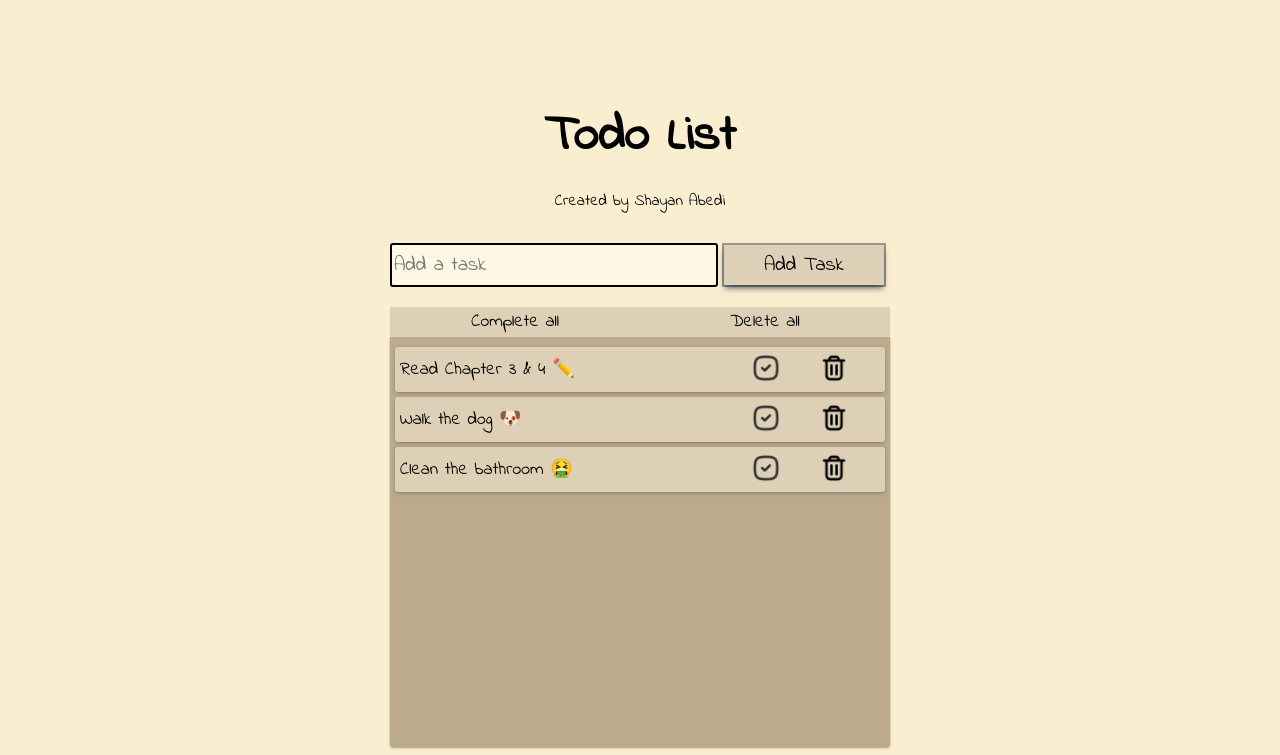
Repository: shayanabedi98/todo-list
Page: /
The author's editor kept a copy of each file at every save. The page is drawn from the files as they stood at one save, then again after the next save.
The browser window is 1280 px wide. The pictures show the whole page.
The project was rebuilt for these pictures with package versions that can differ from the ones it lists, and the page was loaded fresh each time. Also part of the build but not shown: vite.config.js.

Above is the page before, as saved 2023-12-30 19:45:06.

### index.html
<!doctype html>
<html lang="en">
  <head>
    <meta charset="UTF-8" />
    <link rel="icon" type="image/svg+xml" href="./src/assets/pencil-svgrepo-com.png" />
    <meta name="viewport" content="width=device-width, initial-scale=1.0" />
    <link rel="preconnect" href="https://fonts.googleapis.com">
    <link rel="preconnect" href="https://fonts.gstatic.com" crossorigin>
    <link href="https://fonts.googleapis.com/css2?family=Indie+Flower&display=swap" rel="stylesheet">
    <title>Todo List</title>
  </head>
  <body>
    <div id="root"></div>
    <script type="module" src="/src/main.jsx"></script>
  </body>
</html>

### src/App.jsx
import { useState } from "react";
import { v4 as uuid } from "uuid";
import TodoList from "./TodoList";
import CreateTask from "./CreateTask";
import AffectAll from "./AffectAll";

function App() {
  const [list, setList] = useState([
    { id: uuid(), text: "Read Chapter 3 & 4 ✏️", completed: false },
    { id: uuid(), text: "Walk the dog 🐶", completed: false },
    { id: uuid(), text: "Clean the bathroom 🤮", completed: false },
  ]);
  const [input, setInput] = useState("");

  const addTask = () => {
    if (input.trim() !== "") {
      setList([...list, { id: uuid(), text: input, completed: false }]);
      setInput("");
    }
  };

  const handleChange = (event) => {
    setInput(event.target.value);
  };

  const handleDelete = (taskID) => {
    const newList = list.filter((task) => {
      return task.id !== taskID;
    });
    setList(newList);
  };

  const handleComplete = (taskID) => {
    const newList = list.map((task) => {
      if (task.id === taskID) {
        return { ...task, completed: !task.completed };
      } else {
        return task;
      }
    });
    setList(newList);
  };

  const clearAll = () => {
    setList([]);
  };

  const completeAll = () => {
    const isItCompleted = list.some((task) => !task.completed);
    const newList = list.map((task) => ({ ...task, completed: isItCompleted }));
    setList(newList)
  };

  return (
    <>
      <h1>Todo List</h1>
      <p id="developer">Created by Shayan Abedi</p>
      <CreateTask handleChange={handleChange} input={input} addTask={addTask} />
      <AffectAll clearAll={clearAll} completeAll={completeAll} />
      <TodoList
        list={list}
        handleDelete={handleDelete}
        handleComplete={handleComplete}
      />
    </>
  );
}

export default App;

### src/index.css
body {
  background-color: #faeed1;
  font-family: "Indie Flower", cursive;
}

h1 {
  font-size: 50px;
  margin-top: 100px;
  margin-bottom: 0;
  text-align: center;
}

.create-task {
  display: grid;
  place-items: center;
  align-content: center;
  grid-template-columns: 1fr 1fr;
  margin: 30px auto 0 auto;
}

.create-task input {
  background-color: #fdf7e4;
  border: 2px solid black;
  border-radius: 3px;
  font-size: 20px;
  height: 38px;
  width: 320px;
  font-family: "Indie Flower", cursive;
}

.create-task button {
  background-color: #ded0b6;
  border: none;
  font-family: "Indie Flower", cursive;
  height: 40px;
  width: 160px;
  font-size: 20px;
  box-shadow: rgba(6, 24, 44, 0.4) 0px 0px 0px 2px,
    rgba(6, 24, 44, 0.65) 0px 4px 6px -1px,
    rgba(255, 255, 255, 0.08) 0px 1px 0px inset;
  cursor: pointer;
}

.affect-all {
  display: flex;
  place-content: center;
  margin-top: 20px;
}

.affect-all button {
  background-color: #ded0b6;
  border: none;
  font-family: "Indie Flower", cursive;
  height: 30px;
  width: 50%;
  font-size: 18px;
  cursor: pointer;
}

.list ul {
  margin: 0;
  padding: 5px;
  box-shadow: rgba(0, 0, 0, 0.12) 0px 1px 3px, rgba(0, 0, 0, 0.24) 0px 1px 2px;
  border-radius: 0 0 3px 3px;
  background-color: #bbab8c;
  min-height: 400px;
}

.list li {
  list-style: none;
  display: grid;
  grid-template-columns: 1fr 0.2fr 0.2fr;
  background-color: #ded0b6;
  margin-top: 5px;
  margin-bottom: 5px;
  padding: 5px;
  box-shadow: rgba(50, 50, 93, 0.25) 0px 2px 5px -1px,
    rgba(0, 0, 0, 0.3) 0px 1px 3px -1px;
  border-radius: 3px;
  font-size: 18px;
  align-items: center;
}

#developer,
h1,
.create-task,
.list,
.affect-all {
  width: 500px;
  margin-left: auto;
  margin-right: auto;
}

.list button {
  background-color: #ded0b6;
  height: 35px;
  width: 35px;
  margin: auto 2px;
  cursor: pointer;
  border: none;
  border-radius: 3px;
}

.list img,
.affect-all img {
  height: 30px;
}

#developer {
  text-align: center;
}

### src/TodoList.jsx
import React from "react";
import trash from "./assets/trash.png";
import check from "./assets/check.png";

const TodoList = ({ handleComplete, handleDelete, list }) => {
  const completedStyle = (condition) => {
    return condition
      ? {
          color: "grey",
          textDecoration: "line-through",
        }
      : {};
  };

  return (
    <div className="list">
      <ul>
        {list.map((task) => {
          return (
            <li key={task.id}>
              <span style={completedStyle(task.completed)}>{task.text}</span>
              <button id="complete" onClick={() => handleComplete(task.id)}>
                <img src={check} alt="checkmark button"/>
              </button>
              <button id="delete" onClick={() => handleDelete(task.id)}>
                <img src={trash} alt="delete button"/>
              </button>
            </li>
          );
        })}
      </ul>
    </div>
  );
};

export default TodoList;

### src/CreateTask.jsx
import React from "react";

const CreateTask = ({input, addTask, handleChange}) => {
  return (
    <div className="create-task">
      <input
        onKeyDown={(e) => e.key === 'Enter' && addTask()}
        placeholder="Add a task"
        type="text"
        onChange={handleChange}
        value={input}
      />
      <button onClick={addTask}>Add Task</button>
    </div>
  );
};

export default CreateTask;

### src/AffectAll.jsx
import React from "react";


const AffectAll = ({ clearAll, completeAll }) => {
  return (
    <div className="affect-all">
      <button onClick={completeAll}>Complete all</button>
      <button onClick={clearAll}>Delete all</button>
    </div>
  );
};

export default AffectAll;

Loaded but not shown: src/main.jsx (common file)

After the next save:
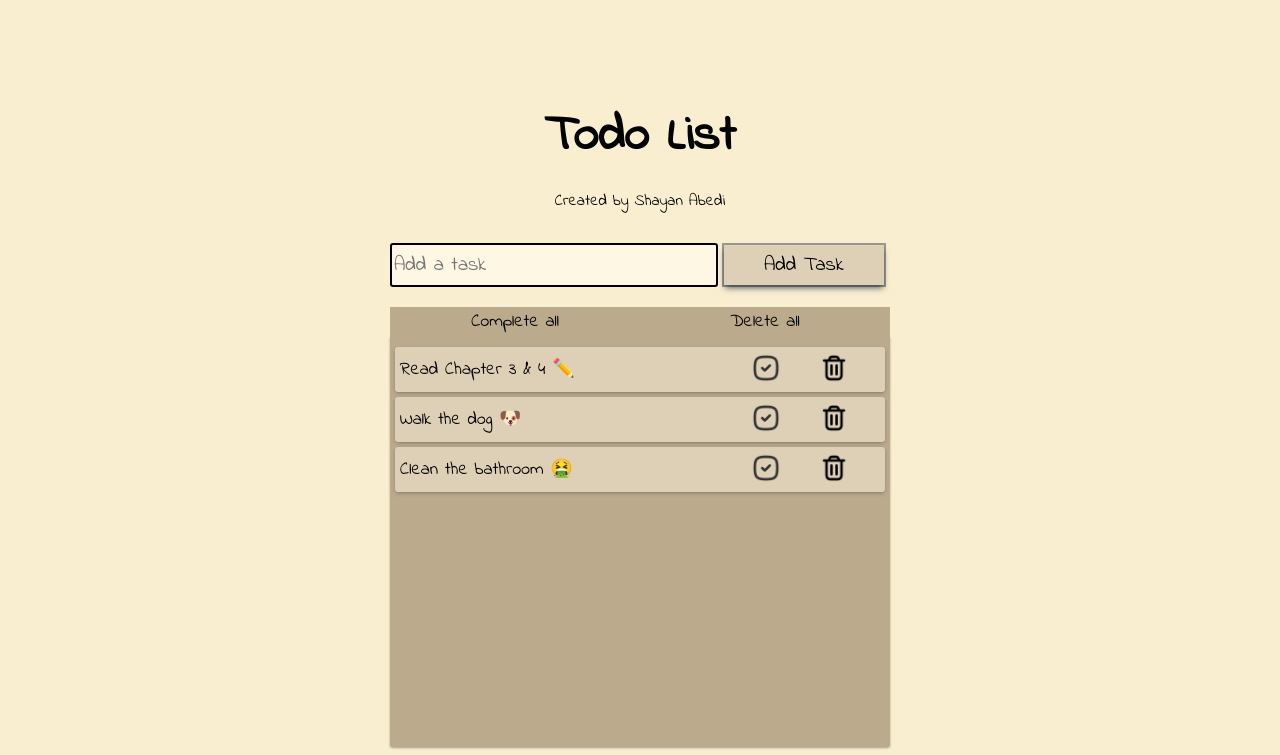
Saved 12 s later.
--- a/src/index.css
+++ b/src/index.css
@@ -48,7 +48,7 @@ h1 {
 }
 
 .affect-all button {
-  background-color: #ded0b6;
+  background-color: #bbab8c;
   border: none;
   font-family: "Indie Flower", cursive;
   height: 30px;
